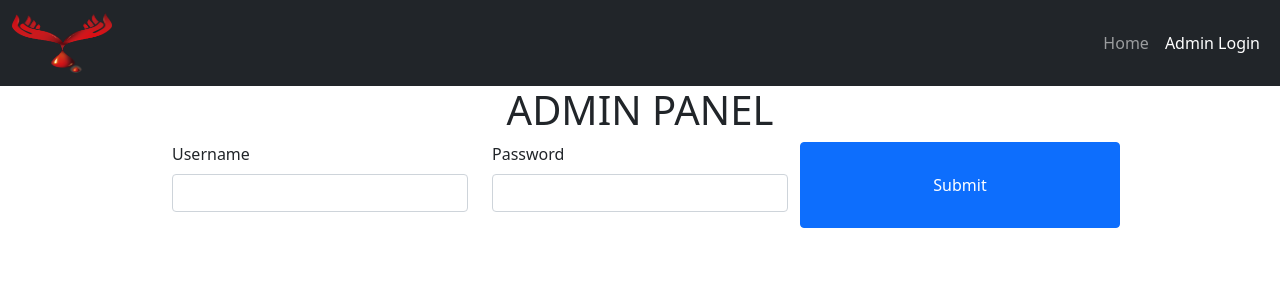
Repository: kshitizJ/Blood-Bank-Management-System-in-jsp
Page: http://localhost/Blood_Bank_Management_System/adminLogin.jsp
The author's editor kept a copy of each file at every save. The page is drawn from the files as they stood at one save, then again after the next save.
The browser window is 1280 px wide. The pictures show the whole page.
The page is served by Tomcat 9.

Above is the page before, as saved 2021-04-27 18:25:29.

After the next save:
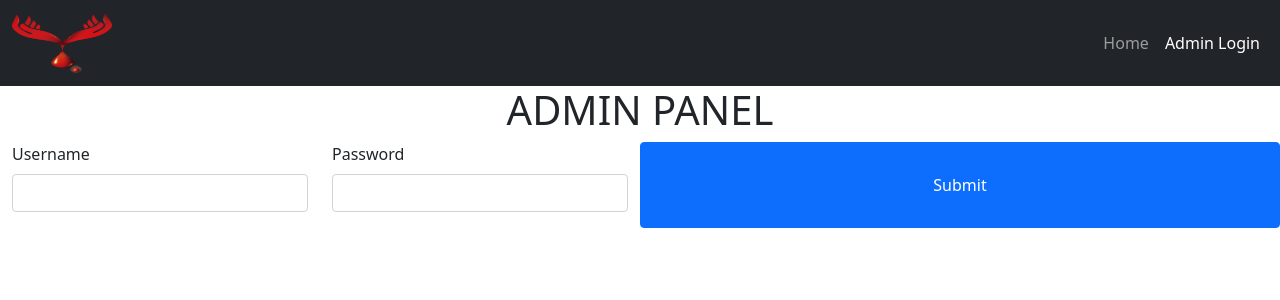
Saved 15 s later.
--- a/Blood Bank Management System/WebContent/adminLogin.jsp
+++ b/Blood Bank Management System/WebContent/adminLogin.jsp
@@ -47,7 +47,7 @@
 						<label for="pass" class="form-label">Password</label> <input
 							type="text" class="form-control" id="pass" name="pass">
 					</div>
-					<button type="submit" class="btn btn-primary col-3">Submit</button>
+					<button type="submit" class="btn btn-primary col">Submit</button>
 				</form>
 			</div>
 		</div>
